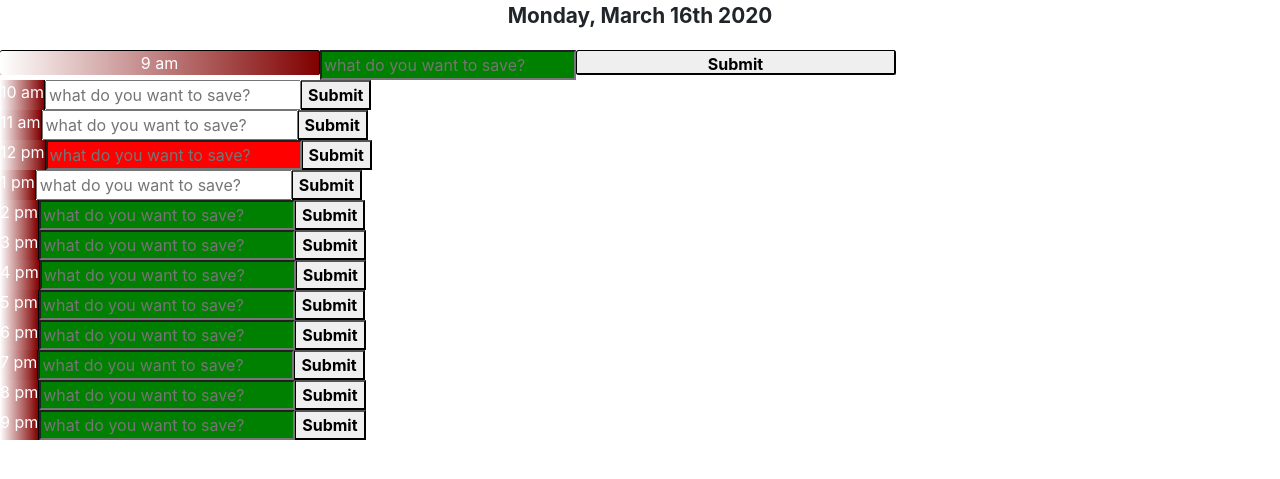
Repository: kkyler24/DayPlanner
Page: Index.html
These files come from the project's save history. The page is drawn as it stood at one moment and after the next save; the edit follows.
The browser window is 1280 px wide. The pictures show the whole page.
Some web libraries are served in a nearby version.

Above is the page before, as saved 2020-03-29 22:25:37.
Console error: ReferenceError: array is not defined

### Index.html
<!DOCTYPE html>
<html lang="en">
<head>
    <meta charset="UTF-8">
    <meta name="viewport" content="width=device-width, initial-scale=1.0">
    <!-- Style Sheets -->
    <link rel="stylesheet" href="https://maxcdn.bootstrapcdn.com/bootstrap/4.0.0/css/bootstrap.min.css" integrity="sha384-Gn5384xqQ1aoWXA+058RXPxPg6fy4IWvTNh0E263XmFcJlSAwiGgFAW/dAiS6JXm" crossorigin="anonymous">
    <link rel="stylesheet" type="text/CSS" href="Assets/todocss/todostyles.css">
    <link rel="stylesheet"  type="text/CSS" href="style.css">
    <title>Planner</title>
</head>
<body>
<Main>

<!--Todolist todo list Set up -->
<Div style="display: none">
<Section>
    <div id="ContainerTodo">
        <H1>Today's To-Do List</H1>
        <input type="text">
        <ul>
            <li><span>X</span> Go to Gym</li>
            <li><span>X</span> Finish H.W</li>
            <li><span>X</span> Take over the World</li>
        </ul>


         </div>
 <!-- calendar set up -->
    <div class="container col-sm-4 col-md-7 col-lg-4 mt-5">
        <div class="card">
            <h3 class="card-header" id="monthAndYear"></h3>
            <table class="table table-bordered table-responsive-md" id="calendar">
                <thead>
                <tr>
                    <th>Sun</th>
                    <th>Mon</th>
                    <th>Tue</th>
                    <th>Wed</th>
                    <th>Thu</th>
                    <th>Fri</th>
                    <th>Sat</th>
                </tr>
                </thead>

                <tbody id="calendar-body">

                </tbody>
            </table>

            <div class="form-inline">

                <button class="btn btn-outline-primary col-sm-6" id="previous" onclick="previous()">Previous</button>

                <button class="btn btn-outline-primary col-sm-6" id="next" onclick="next()">Next</button>
            </div>
            <br/>
            <form class="form-inline">
                <label class="lead mr-2 ml-2" for="month">Jump To: </label>
                <select class="form-control col-sm-4" name="month" id="month" onchange="jump()">
                    <option value=0>Jan</option>
                    <option value=1>Feb</option>
                    <option value=2>Mar</option>
                    <option value=3>Apr</option>
                    <option value=4>May</option>
                    <option value=5>Jun</option>
                    <option value=6>Jul</option>
                    <option value=7>Aug</option>
                    <option value=8>Sep</option>
                    <option value=9>Oct</option>
                    <option value=10>Nov</option>
                    <option value=11>Dec</option>
                </select>


                <label for="year"></label><select class="form-control col-sm-4" name="year" id="year" onchange="jump()">

                <option value=2020>2020</option>
                <option value=2021>2021</option>
                <option value=2022>2022</option>
                <option value=2023>2023</option>
                <option value=2024>2024</option>
                <option value=2025>2025</option>
                <option value=2026>2026</option>
                <option value=2027>2027</option>
                <option value=2028>2028</option>
                <option value=2029>2029</option>
                <option value=2030>2030</option>
                <option value=2030>2030</option>
                <option value=2030>2030</option>
                <option value=2030>2030</option>
                <option value=2030>2030</option>
            </select></form>
        </div>
    </div>
    <!--<button name="jump" onclick="jump()">Go</button>-->
</sectiontwo>

<!-- <----Scheduler -->
</Div>
<div id="date"></div>
<div>
    <form onsubmit="timeSubmit(event)">
    <div class="col-3 left">9 am</div>
    <input class="col-lg-6 middle" placeholder="what do you want to save?"/>
    <button type="submit" class="col-3 right button"><strong>Submit</strong></button>
    </form>
    <form onsubmit="timeSubmit(event)">
    <div class="column-small left">10 am</div>
    <input class="column-large middle" placeholder="what do you want to save?">
    <button class="column-small right button"><strong>Submit</strong></button>
    </form>
    <form onsubmit="timeSubmit(event)">
    <div class="column-small left">11 am</div>
    <input class="column-large middle" placeholder="what do you want to save?">
    <button class="column-small right button"><strong>Submit</strong></button>
    </form>
    <form onsubmit="timeSubmit(event)">
    <div class="column-small left">12 pm</div>
    <input class="column-large middle" placeholder="what do you want to save?">
    <button class="column-small right button"><strong>Submit</strong></button>
    </form>
    <form onsubmit="timeSubmit(event)">
    <div class="column-small left">1 pm</div>
    <input class="column-large middle" placeholder="what do you want to save?">
    <button class="column-small right button"><strong>Submit</strong></button>
    </form>
    <form onsubmit="timeSubmit(event)">
    <div class="column-small left">2 pm</div>
    <input class="column-large middle" placeholder="what do you want to save?">
    <button class="column-small right button"><strong>Submit</strong></button>
    </form>
    <form onsubmit="timeSubmit(event)">
    <div class="column-small left">3 pm</div>
    <input class="column-large middle" placeholder="what do you want to save?">
    <button class="column-small right button"><strong>Submit</strong></button>
    </form>
    <form onsubmit="timeSubmit(event)">
    <div class="column-small left">4 pm</div>
    <input class="column-large middle" placeholder="what do you want to save?">
    <button class="column-small right button"><strong>Submit</strong></button>
    </form>
    <form onsubmit="timeSubmit(event)">
    <div class="column-small left">5 pm</div>
    <input class="column-large middle" placeholder="what do you want to save?">
    <button class="column-small right button"><strong>Submit</strong></button>
    </form>
    <form onsubmit="timeSubmit(event)">
    <div class="column-small left">6 pm</div>
    <input class="column-large middle" placeholder="what do you want to save?">
    <button class="column-small right button"><strong>Submit</strong></button>
    </form>
    <form onsubmit="timeSubmit(event)">
    <div class="column-small left">7 pm</div>
    <input class="column-large middle" placeholder="what do you want to save?">
    <button class="column-small right button"><strong>Submit</strong></button>
    </form>
    <form onsubmit="timeSubmit(event)">
    <div class="column-small left">8 pm</div>
    <input class="column-large middle" placeholder="what do you want to save?">
    <button class="column-small right button"><strong>Submit</strong></button>
    </form>
    <form onsubmit="timeSubmit(event)">
    <div class="column-small left">9 pm</div>
    <input class="column-large middle" placeholder="what do you want to save?">
    <button class="column-small right button"><strong>Submit</strong></button>
    </form>
      </div>

    </Div>
</Div>

</Main>

<script src="https://code.jquery.com/jquery-3.2.1.slim.min.js" integrity="sha384-KJ3o2DKtIkvYIK3UENzmM7KCkRr/rE9/Qpg6aAZGJwFDMVNA/GpGFF93hXpG5KkN" crossorigin="anonymous"></script>
<script src="https://cdnjs.cloudflare.com/ajax/libs/popper.js/1.12.9/umd/popper.min.js" integrity="sha384-ApNbgh9B+Y1QKtv3Rn7W3mgPxhU9K/ScQsAP7hUibX39j7fakFPskvXusvfa0b4Q" crossorigin="anonymous"></script>
<script src="https://maxcdn.bootstrapcdn.com/bootstrap/4.0.0/js/bootstrap.min.js" integrity="sha384-JZR6Spejh4U02d8jOt6vLEHfe/JQGiRRSQQxSfFWpi1MquVdAyjUar5+76PVCmYl" crossorigin="anonymous"></script>
<script <script src="https://cdnjs.cloudflare.com/ajax/libs/moment.js/2.24.0/moment.min.js"></script>
<script type="text/javascript" src="javascript.js"></script>
<script type="text/javascript" src="Assets/todo JS/todo.js"></script>
</body>
</html>

### Assets/todocss/todostyles.css
/* #ContainerTodo{
  border: 2px solid teal ;
  border-radius:10px ;
  width: 400px;
  margin-top:3rem;
  margin-left:200px ;
  float: left;

} */


Planner

.past{
  background-color: grey;
}
.present {
  background-color: red;
}
.future {
  background-color: green;
}
.col-3 {
  flex-grow: 1;
  display: inline-block;
  text-align: center;
  height: 25px;
  width: 25px;
  border-top: 1px solid black;
  border-radius: 2.5px;
}
.col-6 {
  flex-grow: 10;
  display: inline-block;
  text-align: center;
}
.left {
  border-right: 1px solid black;
  background-color: maroon;
  color: white;
  background-image: linear-gradient(to right, white, maroon);
}
.right {
  border-left: 1px solid black;
  cursor: pointer;
}
.middle {
  border-bottom: 1px solid black;
  background-color: beige;
}
#date {
  margin: auto;
  text-align: center;
  height: 50px;
  width: 50%;
  font-weight: bold;
  font-size: 1.3em;
}
form {
  display: flex;
}

### style.css
/* .container{
    margin-right: 150px;
    margin-top: 3rem;
    float: left;
    border: 2px solid teal;
    border-radius: 10px;
} */

### javascript.js
let today = new Date();
let currentMonth = today.getMonth();
let currentYear = today.getFullYear();
let selectYear = document.getElementById("year");
let selectMonth = document.getElementById("month");


let months = ["January", "February", "March", "April", "May", "June", "July", "August", "September", "October", "November", "December"];

let monthAndYear = document.getElementById("monthAndYear");
showCalendar(currentMonth, currentYear);

function showCalendar(month, year){

    let firstDay =(new Date(year, month)).getDay();
    let daysInMonth = 32- new Date(year, month, 32).getDate();

    // -->body of the Calendar<--
    let tbl = document.getElementById("calendar-body");


// -->clear previous cells, for new month<--
    tbl.innerHTML="";

    monthAndYear.innerHTML= months[months]+" "+ year;

    // --> create cells for Calendar<--
    let date = 1;
    for(let i = 0; i < 6; i++){
        let row  = document.createElement("tr");
        // --> creating table rows. not really sure about the 6 part. inquire why you need a 6 and not a 7-->

        // creating indivdual cells, and putting data in them.

        for(let j = 0; j < 7; j++){
            if(i===0 && j< firstDay){
                let cell = document.createElement("td");
                let cellText = document.createTextNode("");
                cell.appendChild(cellText);
                row.appendChild(cell);
            }
            else if(date > daysInMonth)
             { break;

        }
        else {
            let cell = document.createElement("td");
            let cellText = document.createTextNode(date);
            if(date ===today.getDate() && year === today.getFullYear() && month === today.getMonth()){
                cell.classList.add
                // --> bootstrap colors, try to get a wider variety of colors <--
                ("bg-info");
            }
            cell.appendChild(cellText);
            row.appendChild(cell);


        }
        date++;

        }

        tbl.appendChild(row);

    }

}

function previous(){
    currentYear =( currentMonth === 0)? currentYear -1 : currentYear;
    currentMonth = currentMonth === 0? 11:currentMonth-1;
    showCalendar(currentMonth, currentYear);
}

function next(){
    currentYear = (currentMonth ===11)? currentYear + 1: currentYear;
    currentMonth = (currentMonth + 1) % 12;
    showCalendar (currentMonth, currentYear);

}
// To do list set up

### Assets/todo JS/todo.js
// check off to do list items and change colors for different stages// in progress<--
$("li").dblclick(function () {
        if($(this).css("color") === "rgb(11, 209, 170)"){
            $(this).css({
                color: "gray",
                textDecoration: "line-through"
            });
        }
        else{
            $(this).css({
            color: "rgb(11, 209, 170)",
            textDecoration: "none",
            fontWeight: "bold"
        });
    }
});

$("li").click(function () {
    // if Li is grey how do we change it back to black?
    if($(this).css("color") === "rgb(128, 128, 128)"){
        $(this).css({
            color: "black",
            textDecoration: "none"
        });
    }
    else{
        $(this).css({
        color: "gray",
        textDecoration: "line-through"
    });
}
});

// --->planner<--

var date = document.getElementById("date");
var dateOfMonth = moment().date(String).local().format("dddd, MMMM Do YYYY");
var presentTime;
date.append(dateOfMonth);
var dataInput;
var key = new Object();
var newElement;
function timeSubmit(evt){
    evt.preventDefault();
    dataInput = evt.target.children[1].value;
    key[evt.target.children[0].innerText] = dataInput;
    localStorage.setItem(evt.target.innerText, dataInput);
    console.log(key);
}
var left = document.getElementsByClassName("left");
var timeArray = [...document.querySelectorAll('.left')];
var input = [...document.querySelectorAll('.middle')];

var presentTime = moment().format('h');

timeArray.forEach(function(element){
    var time = $(element);
    var times = time.siblings()[0];
    var text = time.html();
    if (text.length === 4){
        text = text.slice(0,1);
    } else if
    (text.length === 5){
        text = text.slice(0,2);
    }
    if (text > presentTime){
        times.setAttribute("class", "future");
    } else if (text < presentTime){
        times.setAttribute("class", "past");
    } else if (text === presentTime){
        times.setAttribute("class", "present");
    }
})
array.forEach(function(element){
    var text = element.innerHTML;
    if (text.length === 4){
        text = text.slice(0,1);
    } else if
    (text.length === 5){
        text = text.slice(0,2);
    }
    if (text > presentTime){

    }
})
var text;
var textArr = [];
for (var i = 0; i < left.length; i++){
    text = left[i].innerHTML;
    if (text.length === 4){
        text = text.slice(0,1);
    } else if
    (text.length === 5){
        text = text.slice(0,2);
    }
    textArr.push(text);
}
presentTime = moment().format('hmm');
textArr.forEach(function(element){
    newElement = element.concat("00");
    console.log(newElement);
})


textArr.forEach(function(time){
    if(presentTime > time){

    }
})

After the next save:
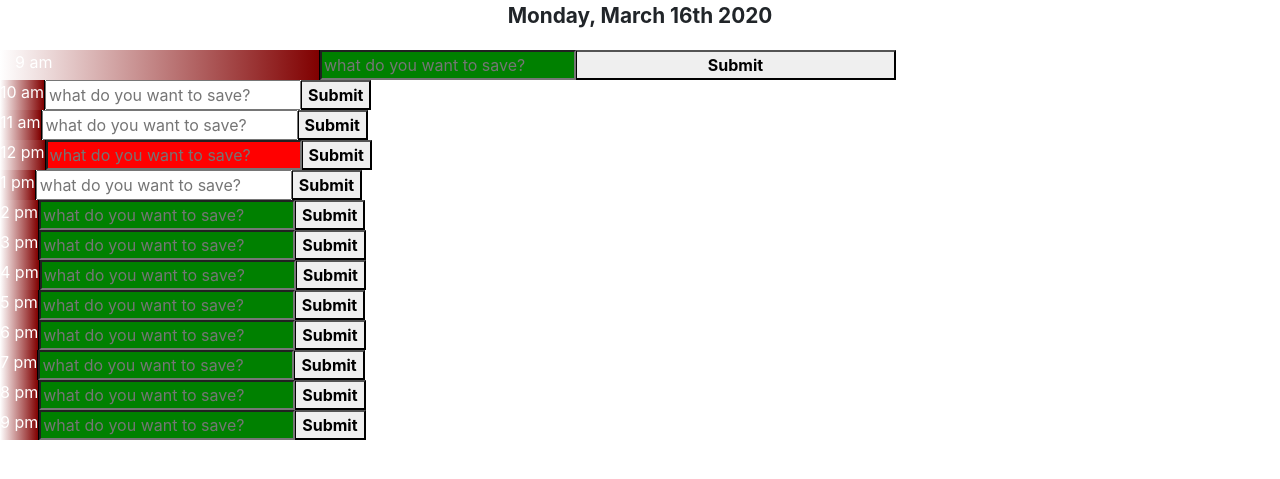
Saved 32 s later.
--- a/Index.html
+++ b/Index.html
@@ -101,9 +101,9 @@
 <div id="date"></div>
 <div>
     <form onsubmit="timeSubmit(event)">
-    <div class="col-3 left">9 am</div>
+    <div class="col-sm-3 sm left">9 am</div>
     <input class="col-lg-6 middle" placeholder="what do you want to save?"/>
-    <button type="submit" class="col-3 right button"><strong>Submit</strong></button>
+    <button type="submit" class="col-sm-3 right button"><strong>Submit</strong></button>
     </form>
     <form onsubmit="timeSubmit(event)">
     <div class="column-small left">10 am</div>

After the 2 saves that followed:
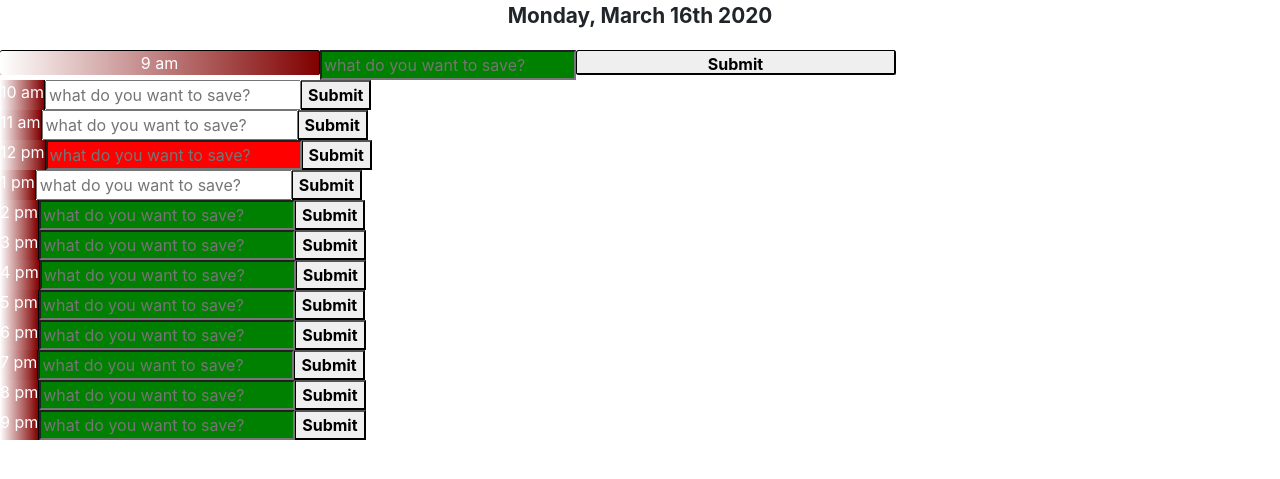
The 2 saves are shown as one change because 1 left the picture as it was.
The last was saved 38 s later.
--- a/Index.html
+++ b/Index.html
@@ -101,7 +101,7 @@
 <div id="date"></div>
 <div>
     <form onsubmit="timeSubmit(event)">
-    <div class="col-sm-3 sm left">9 am</div>
+    <div class="col-sm-3 left">9 am</div>
     <input class="col-lg-6 middle" placeholder="what do you want to save?"/>
     <button type="submit" class="col-sm-3 right button"><strong>Submit</strong></button>
     </form>
--- a/Assets/todocss/todostyles.css
+++ b/Assets/todocss/todostyles.css
@@ -20,7 +20,7 @@ Planner
 .future {
   background-color: green;
 }
-.col-3 {
+.col-sm-3 {
   flex-grow: 1;
   display: inline-block;
   text-align: center;
